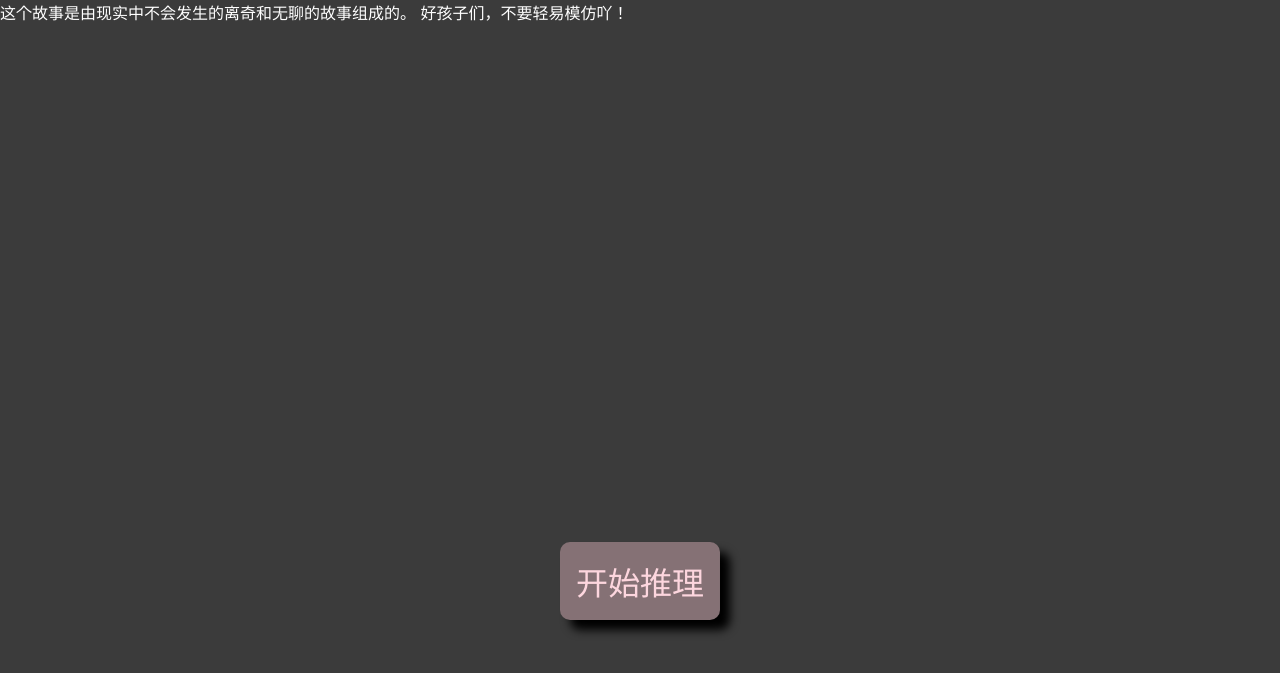
Repository: Jofali/reasoning-genius
Page: /
These files come from the project's save history. The page is drawn as it stood at one moment and after the next save; the edit follows.
The browser window is 1280 px wide. The pictures show the whole page.
The project was rebuilt for these pictures with package versions that can differ from the ones it lists, and the page was loaded fresh each time. Also part of the build but not shown: src/part1/part1.css, src/part1/part1.js, src/part2/part2.css, src/part2/part2.js, src/title/title.css, src/title/title.js, src/inventory/inventory.css, src/inventory/inventory.js and 2 more.

Above is the page before, as saved 2019-05-22 17:36:42.

After the next save:
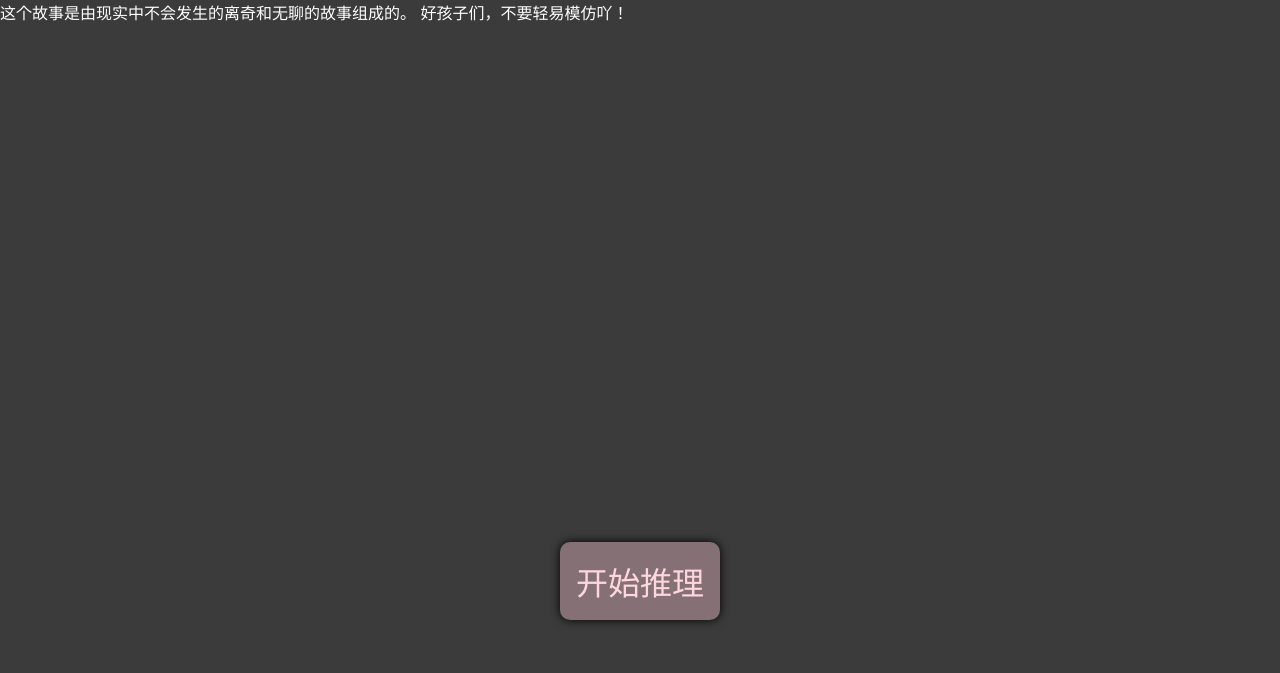
Saved 10 s later.
--- a/src/App.css
+++ b/src/App.css
@@ -20,5 +20,5 @@
   transform: translateX(-50%);
   color: rgb(253,214,222);
   border-radius: 10px;
-  box-shadow: 10px 10px 10px #000;
+  box-shadow: 0px 0px 10px #000;
 }
